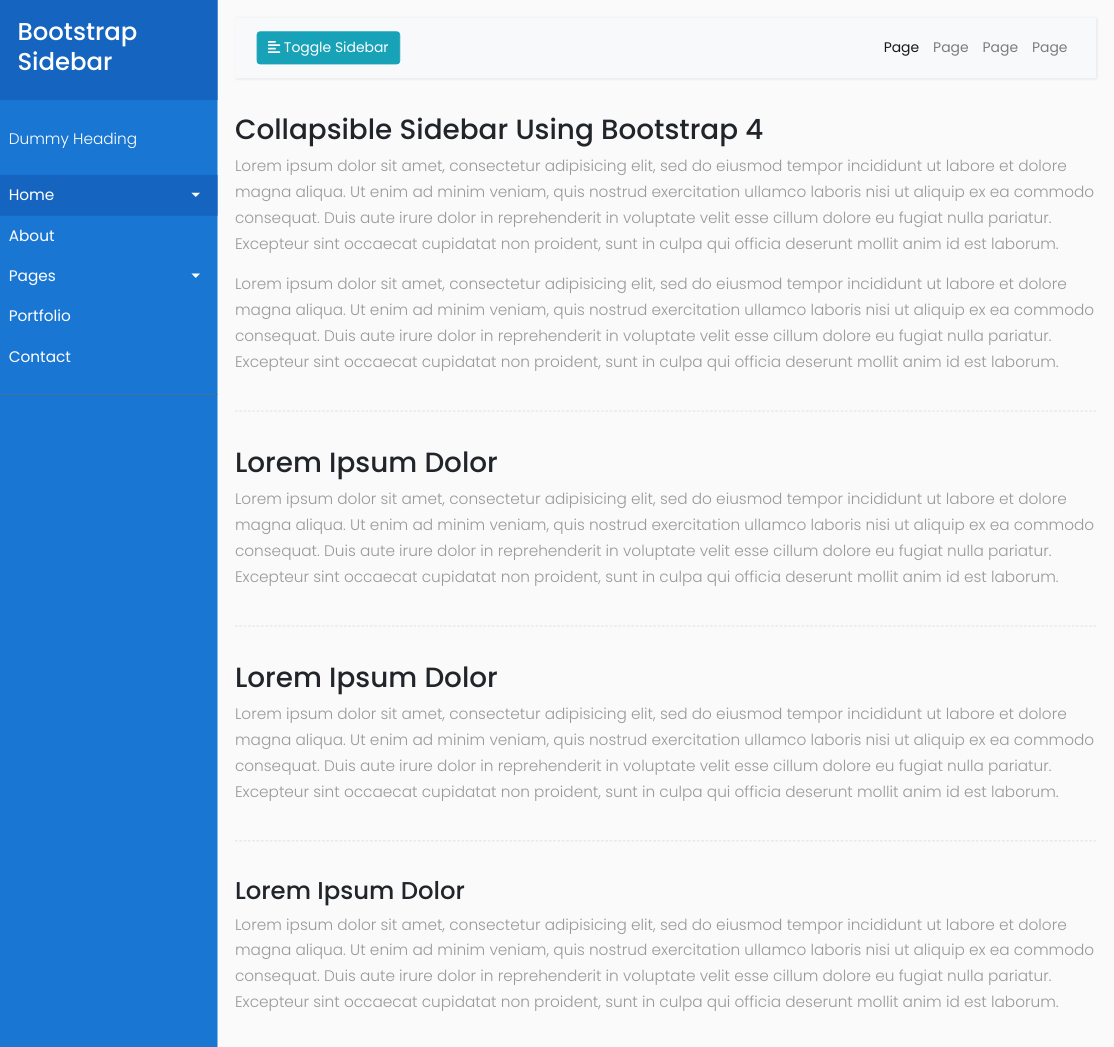
Repository: thiagosfideles/aprendendo-git
Page: index.html
The author's editor kept a record of every edit. The page is drawn from the files as they stood at one moment, then again after the next edit.
The browser window is 1280 px wide. The pictures show the whole page, at 87% of full size.
Some web libraries are served in a nearby version.

Above is the page before.

### index.html
<!DOCTYPE html>
<html lang="pt-br">
<head>
    <meta charset="UTF-8">
    <meta name="viewport" content="width=device-width, initial-scale=1.0">
    <meta http-equiv="X-UA-Compatible" content="ie=edge">
    <title>Calendar</title>

    <!-- Bootstrap CSS CDN -->
    <link rel="stylesheet" href="https://cdnjs.cloudflare.com/ajax/libs/twitter-bootstrap/4.3.1/css/bootstrap.min.css" type="text/css" />

     <!-- Our Custom CSS -->
    <link rel="stylesheet" href="css/style.css">

    <!-- Font Awesome JS -->
    <script type="text/javascript" src="https://cdnjs.cloudflare.com/ajax/libs/font-awesome/5.11.2/js/fontawesome.js"></script>
    <script type="text/javascript" src="https://cdnjs.cloudflare.com/ajax/libs/font-awesome/5.11.2/js/solid.js"></script>

</head>
<body>

  <div class="wrapper">
        <!-- Sidebar  -->
        <nav id="sidebar">
            <div class="sidebar-header">
                <h3>Bootstrap Sidebar</h3>
            </div>

            <ul class="list-unstyled components">
                <p>Dummy Heading</p>
                <li class="active">
                    <a href="#homeSubmenu" data-toggle="collapse" aria-expanded="false" class="dropdown-toggle">Home</a>
                    <ul class="collapse list-unstyled" id="homeSubmenu">
                        <li>
                            <a href="#">Home 1</a>
                        </li>
                        <li>
                            <a href="#">Home 2</a>
                        </li>
                        <li>
                            <a href="#">Home 3</a>
                        </li>
                    </ul>
                </li>
                <li>
                    <a href="#">About</a>
                </li>
                <li>
                    <a href="#pageSubmenu" data-toggle="collapse" aria-expanded="false" class="dropdown-toggle">Pages</a>
                    <ul class="collapse list-unstyled" id="pageSubmenu">
                        <li>
                            <a href="#">Page 1</a>
                        </li>
                        <li>
                            <a href="#">Page 2</a>
                        </li>
                        <li>
                            <a href="#">Page 3</a>
                        </li>
                    </ul>
                </li>
                <li>
                    <a href="#">Portfolio</a>
                </li>
                <li>
                    <a href="#">Contact</a>
                </li>
            </ul>
        </nav>

        <!-- Page Content  -->
        <div id="content">

            <nav class="navbar navbar-expand-lg navbar-light bg-light">
                <div class="container-fluid">

                    <button type="button" id="sidebarCollapse" class="btn btn-info">
                        <i class="fas fa-align-left"></i>
                        <span>Toggle Sidebar</span>
                    </button>
                    <button class="btn btn-dark d-inline-block d-lg-none ml-auto" type="button" data-toggle="collapse" data-target="#navbarSupportedContent" aria-controls="navbarSupportedContent" aria-expanded="false" aria-label="Toggle navigation">
                        <i class="fas fa-align-justify"></i>
                    </button>

                    <div class="collapse navbar-collapse" id="navbarSupportedContent">
                        <ul class="nav navbar-nav ml-auto">
                            <li class="nav-item active">
                                <a class="nav-link" href="#">Page</a>
                            </li>
                            <li class="nav-item">
                                <a class="nav-link" href="#">Page</a>
                            </li>
                            <li class="nav-item">
                                <a class="nav-link" href="#">Page</a>
                            </li>
                            <li class="nav-item">
                                <a class="nav-link" href="#">Page</a>
                            </li>
                        </ul>
                    </div>
                </div>
            </nav>

            <h2>Collapsible Sidebar Using Bootstrap 4</h2>
            <p>Lorem ipsum dolor sit amet, consectetur adipisicing elit, sed do eiusmod tempor incididunt ut labore et dolore magna aliqua. Ut enim ad minim veniam, quis nostrud exercitation ullamco laboris nisi ut aliquip ex ea commodo consequat. Duis aute irure dolor in reprehenderit in voluptate velit esse cillum dolore eu fugiat nulla pariatur. Excepteur sint occaecat cupidatat non proident, sunt in culpa qui officia deserunt mollit anim id est laborum.</p>
            <p>Lorem ipsum dolor sit amet, consectetur adipisicing elit, sed do eiusmod tempor incididunt ut labore et dolore magna aliqua. Ut enim ad minim veniam, quis nostrud exercitation ullamco laboris nisi ut aliquip ex ea commodo consequat. Duis aute irure dolor in reprehenderit in voluptate velit esse cillum dolore eu fugiat nulla pariatur. Excepteur sint occaecat cupidatat non proident, sunt in culpa qui officia deserunt mollit anim id est laborum.</p>

            <div class="line"></div>

            <h2>Lorem Ipsum Dolor</h2>
            <p>Lorem ipsum dolor sit amet, consectetur adipisicing elit, sed do eiusmod tempor incididunt ut labore et dolore magna aliqua. Ut enim ad minim veniam, quis nostrud exercitation ullamco laboris nisi ut aliquip ex ea commodo consequat. Duis aute irure dolor in reprehenderit in voluptate velit esse cillum dolore eu fugiat nulla pariatur. Excepteur sint occaecat cupidatat non proident, sunt in culpa qui officia deserunt mollit anim id est laborum.</p>

            <div class="line"></div>

            <h2>Lorem Ipsum Dolor</h2>
            <p>Lorem ipsum dolor sit amet, consectetur adipisicing elit, sed do eiusmod tempor incididunt ut labore et dolore magna aliqua. Ut enim ad minim veniam, quis nostrud exercitation ullamco laboris nisi ut aliquip ex ea commodo consequat. Duis aute irure dolor in reprehenderit in voluptate velit esse cillum dolore eu fugiat nulla pariatur. Excepteur sint occaecat cupidatat non proident, sunt in culpa qui officia deserunt mollit anim id est laborum.</p>

            <div class="line"></div>

            <h3>Lorem Ipsum Dolor</h3>
            <p>Lorem ipsum dolor sit amet, consectetur adipisicing elit, sed do eiusmod tempor incididunt ut labore et dolore magna aliqua. Ut enim ad minim veniam, quis nostrud exercitation ullamco laboris nisi ut aliquip ex ea commodo consequat. Duis aute irure dolor in reprehenderit in voluptate velit esse cillum dolore eu fugiat nulla pariatur. Excepteur sint occaecat cupidatat non proident, sunt in culpa qui officia deserunt mollit anim id est laborum.</p>
        </div>
    </div>



    <!-- Scripts -->
    <!-- Jquery.js -->
    <script src="https://code.jquery.com/jquery-3.3.1.slim.min.js" integrity="sha384-q8i/X+965DzO0rT7abK41JStQIAqVgRVzpbzo5smXKp4YfRvH+8abtTE1Pi6jizo" crossorigin="anonymous"></script>
    <!-- Popper.js -->
    <script type="text/javascript" src="https://cdnjs.cloudflare.com/ajax/libs/popper.js/1.15.0/esm/popper.min.js"></script>
    <!-- Bootstrap.js -->
    <script type="text/javascript" src="https://cdnjs.cloudflare.com/ajax/libs/twitter-bootstrap/4.3.1/js/bootstrap.min.js"></script>
    <!-- Sidebar.js -->
    <script type="text/javascript" src="js/sidebar.js"></script>

</body>
</html>

### css/style.css
/*
    DEMO STYLE
*/

@import "https://fonts.googleapis.com/css?family=Poppins:300,400,500,600,700";
body {
    font-family: 'Poppins', sans-serif;
    background: #fafafa;
}

p {
    font-family: 'Poppins', sans-serif;
    font-size: 1.1em;
    font-weight: 300;
    line-height: 1.7em;
    color: #999;
}

a,
a:hover,
a:focus {
    color: inherit;
    text-decoration: none;
    transition: all 0.3s;
}

.navbar {
    padding: 15px 10px;
    background: #fff;
    border: none;
    border-radius: 0;
    margin-bottom: 40px;
    box-shadow: 1px 1px 3px rgba(0, 0, 0, 0.1);
}

.navbar-btn {
    box-shadow: none;
    outline: none !important;
    border: none;
}

.line {
    width: 100%;
    height: 1px;
    border-bottom: 1px dashed #ddd;
    margin: 40px 0;
}

/* ---------------------------------------------------
    SIDEBAR STYLE
----------------------------------------------------- */

.wrapper {
    display: flex;
    width: 100%;
    align-items: stretch;
}

#sidebar {
    min-width: 250px;
    max-width: 250px;
    background: #1976d2;
    color: #fff;
    transition: all 0.3s;
}

#sidebar.active {
    margin-left: -250px;
}

#sidebar .sidebar-header {
    padding: 20px;
    background: #1565c0;
}

#sidebar ul.components {
    padding: 20px 0;
    border-bottom: 1px solid #47748b;
}

#sidebar ul p {
    color: #fff;
    padding: 10px;
}

#sidebar ul li a {
    padding: 10px;
    font-size: 1.1em;
    display: block;
}

#sidebar ul li a:hover {
    color: #1565c0;
    background: #fff;
}

#sidebar ul li.active>a,
a[aria-expanded="true"] {
    color: #fff;
    background: #1565c0 ;
}

a[data-toggle="collapse"] {
    position: relative;
}

.dropdown-toggle::after {
    display: block;
    position: absolute;
    top: 50%;
    right: 20px;
    transform: translateY(-50%);
}

ul ul a {
    font-size: 0.9em !important;
    padding-left: 30px !important;
    background: #1565c0 ;
}

ul.CTAs {
    padding: 20px;
}

ul.CTAs a {
    text-align: center;
    font-size: 0.9em !important;
    display: block;
    border-radius: 5px;
    margin-bottom: 5px;
}

a.download {
    background: #fff;
    color: #7386D5;
}

a.article,
a.article:hover {
    background: #1565c0 !important;
    color: #fff !important;
}

/* ---------------------------------------------------
    CONTENT STYLE
----------------------------------------------------- */

#content {
    width: 100%;
    padding: 20px;
    min-height: 100vh;
    transition: all 0.3s;
}

/* ---------------------------------------------------
    MEDIAQUERIES
----------------------------------------------------- */

@media (max-width: 768px) {
    #sidebar {
        margin-left: -250px;
    }
    #sidebar.active {
        margin-left: 0;
    }
    #sidebarCollapse span {
        display: none;
    }
}

Loaded but not shown: js/sidebar.js (common file)

After the next edit:
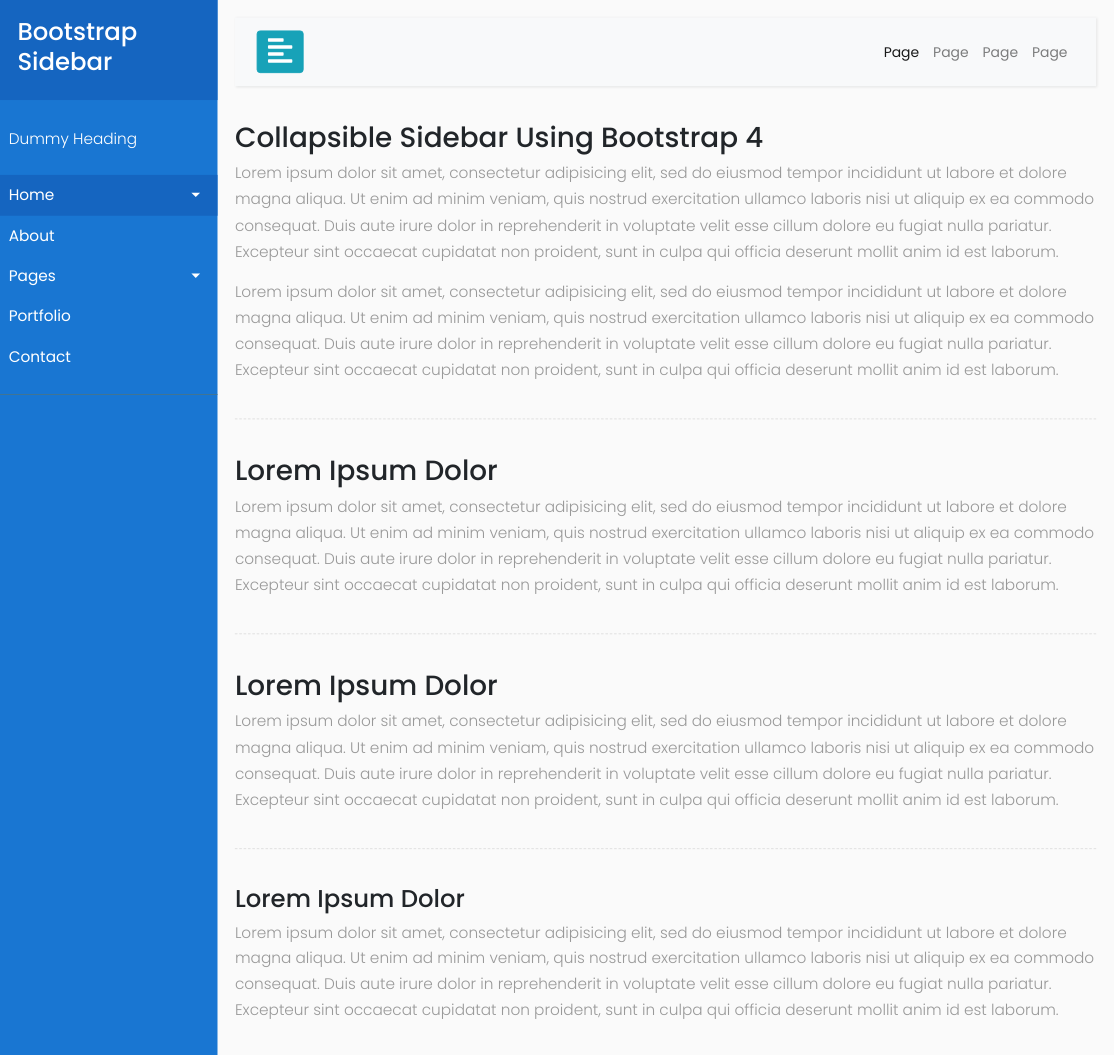
The edit:
--- a/index.html
+++ b/index.html
@@ -75,8 +75,8 @@
                 <div class="container-fluid">
 
                     <button type="button" id="sidebarCollapse" class="btn btn-info">
-                        <i class="fas fa-align-left"></i>
-                        <span>Toggle Sidebar</span>
+                        <i class="fas fa-2x fa-align-left"></i>
+
                     </button>
                     <button class="btn btn-dark d-inline-block d-lg-none ml-auto" type="button" data-toggle="collapse" data-target="#navbarSupportedContent" aria-controls="navbarSupportedContent" aria-expanded="false" aria-label="Toggle navigation">
                         <i class="fas fa-align-justify"></i>
